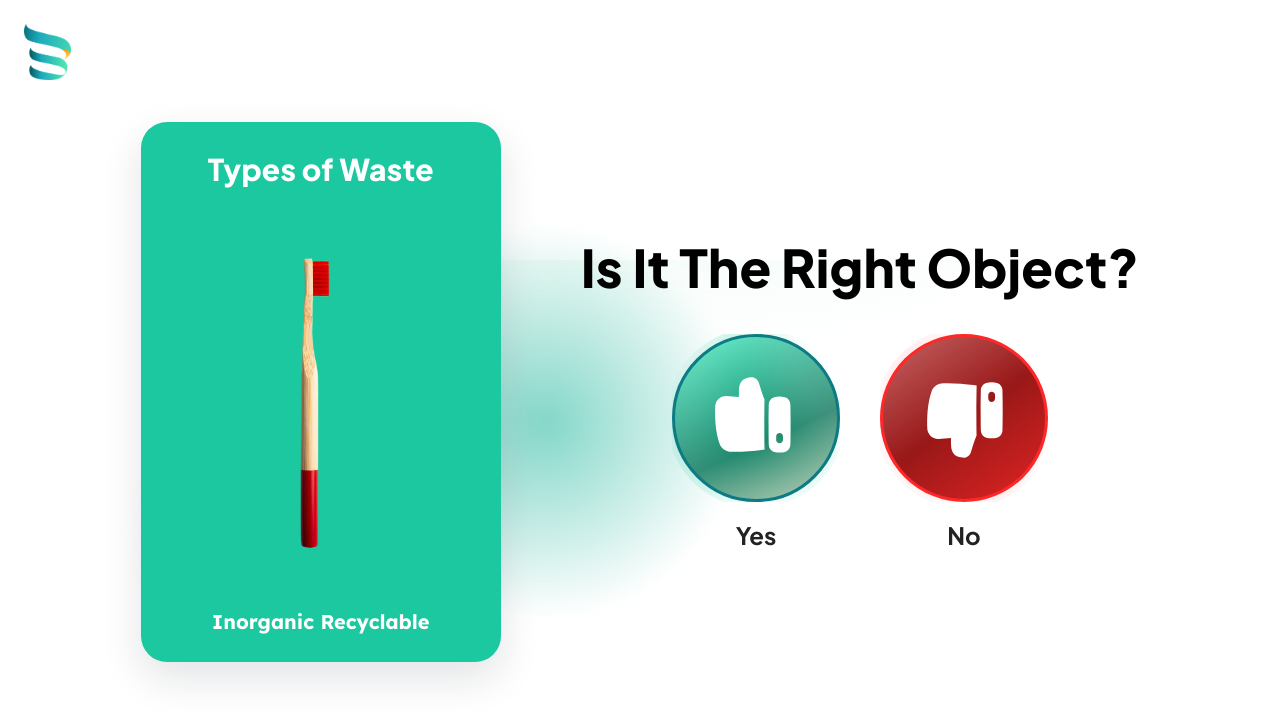
Repository: william-saputra/nusabin
Page: pages/products.html
An editor plug-in stored every save of this project. The page is shown before and after the next save, followed by the edit.
The browser window is 1280 px wide. The pictures show the whole page.

Above is the page before, as saved 2025-08-13 11:19:11.

After the next save:
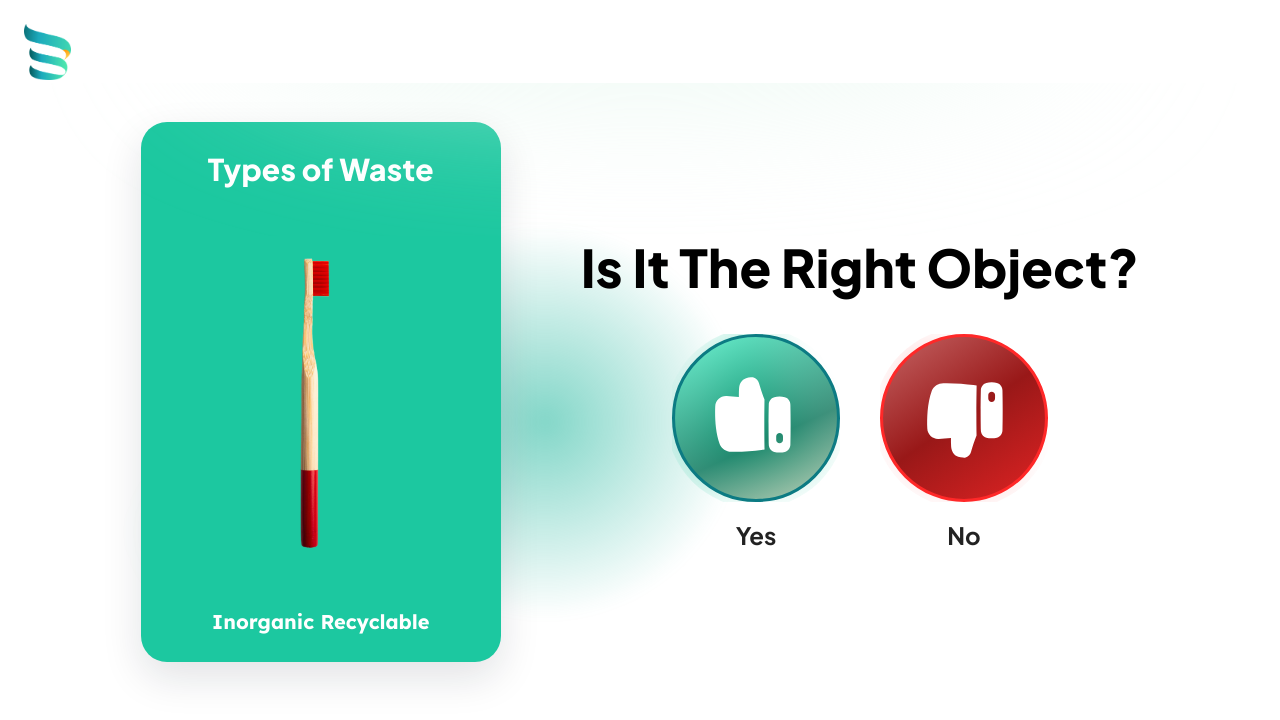
Saved 3 min 38 s later.
--- a/styles/pages/products.css
+++ b/styles/pages/products.css
@@ -20,8 +20,8 @@ body{margin:0;font-family:Lexend,system-ui,Segoe UI,Roboto,Helvetica,Arial,sans-
 
 .container{max-width:1240px;margin:0 auto;padding:0 32px}
 .products-page .topbar{padding:24px}
-.products-page .topbar{position:relative;z-index:0}
-.top-glow{position:absolute;left:50%;top:0;transform:translateX(-50%);width:980px;height:520px;background:url('../../assets/icons/top_glow.svg') no-repeat center/contain;clip-path:inset(50% 0 0 0);pointer-events:none;z-index:0}
+.products-page .topbar{position:relative}
+.top-glow{position:fixed;left:50%;top:0;transform:translate(-50%, -35%);width:1200px;height:640px;background:url('../../assets/icons/top_glow.svg') no-repeat center/contain;clip-path:inset(48% 0 0 0);pointer-events:none;z-index:1}
 
 /* Layout */
 .products-layout{display:grid;grid-template-columns:360px 1fr;gap:80px;align-items:center;min-height:calc(100vh - 120px);transform:translateY(-20px)}

After the save that followed:
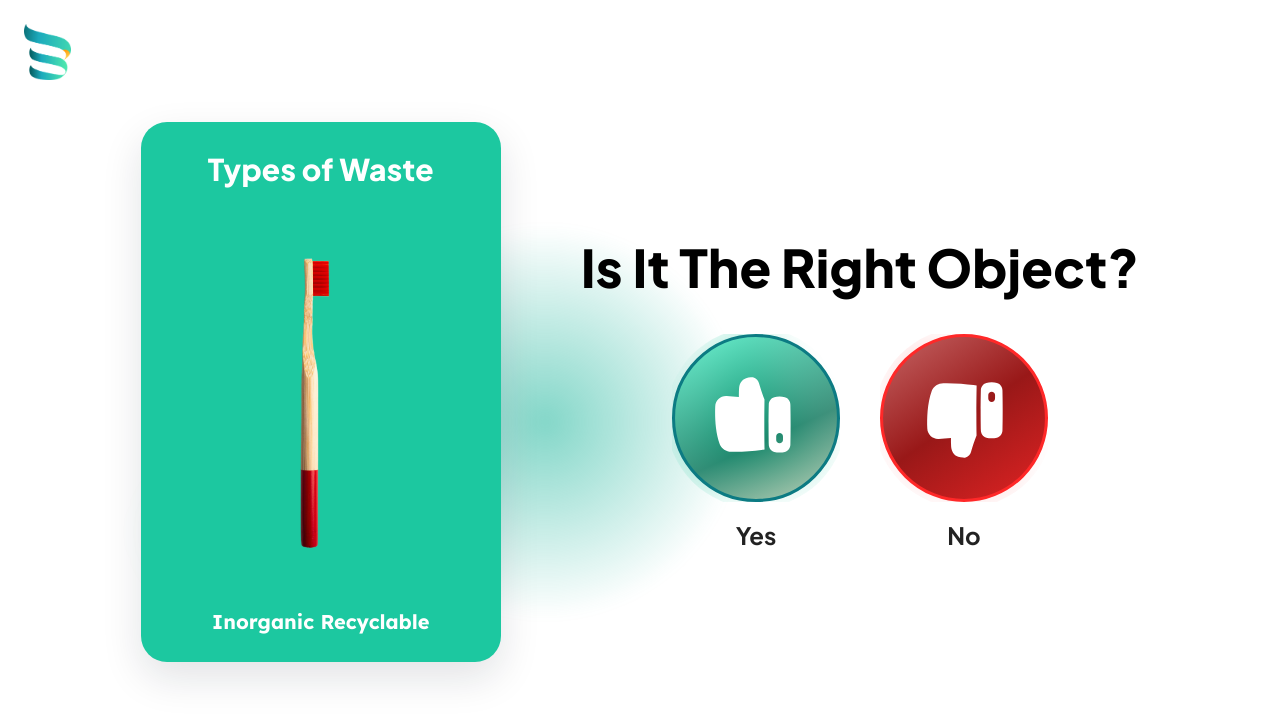
Saved 2 min 7 s later.
--- a/pages/products.html
+++ b/pages/products.html
@@ -13,7 +13,6 @@
       <header class="topbar">
         <img src="../assets/images/green_logo.png" alt="Nusabin" class="logo" />
         <div class="spacer"></div>
-        <div class="top-glow" aria-hidden="true"></div>
       </header>
 
       <main class="products-layout container">
